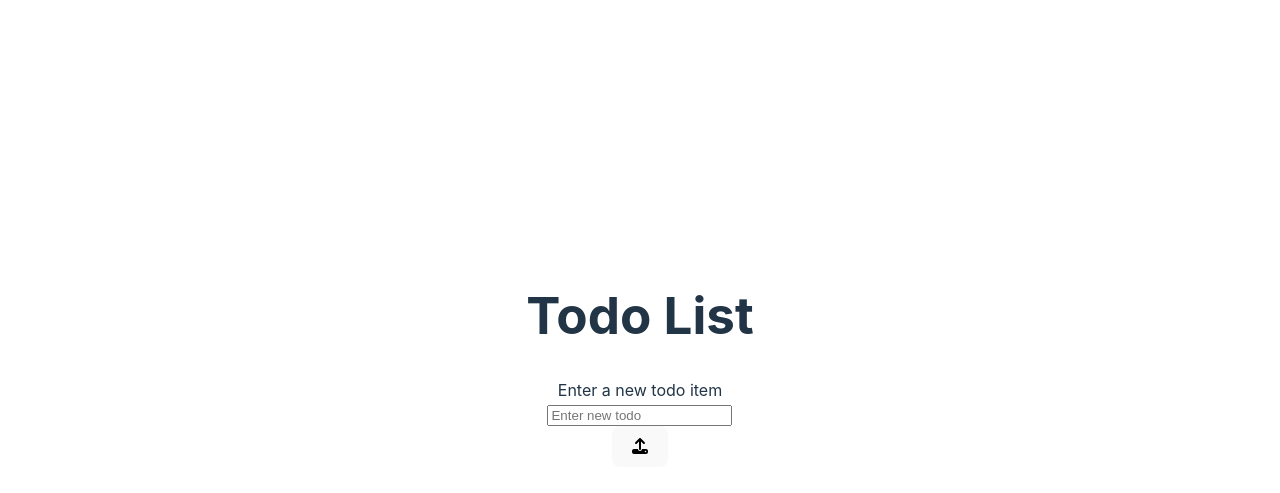
Repository: sinchana-P/rtk-query-todo
Page: /
The author's editor kept a copy of each file at every save. The page is drawn from the files as they stood at one save, then again after the next save.
The browser window is 1280 px wide. The pictures show the whole page.
The project was rebuilt for these pictures with package versions that can differ from the ones it lists, and the page was loaded fresh each time. Requests to the local data server were answered from the project's data file. Also part of the build but not shown: vite.config.js.

Above is the page before, as saved 2023-11-29 07:45:57.

After the next save:
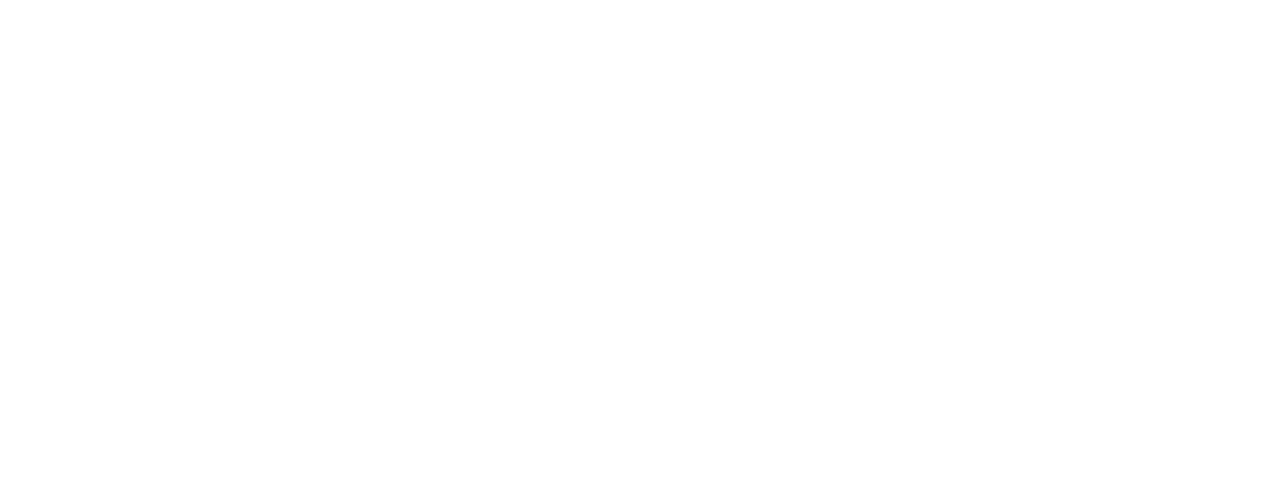
Console error: TypeError: undefined is not a function
Saved 56 s later.
--- a/src/features/todos/TodoList.jsx
+++ b/src/features/todos/TodoList.jsx
@@ -74,7 +74,7 @@
         content = <p>Loading...</p>
     } else if (isSuccess) {
         // content = JSON.stringify(todos)
-        content = todos.map
+        content = todos.map()
     } else if (isError) {
         content = <p>{ error }</p>
     }

After the 2 saves that followed:
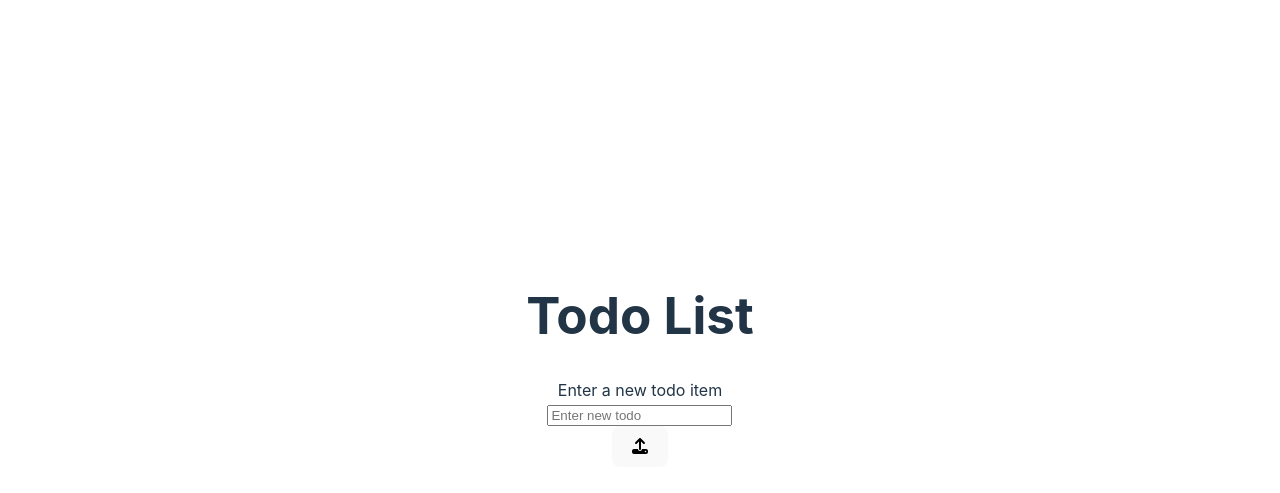
The error is gone.
The 2 saves are shown as one change because they came seconds apart.
The last was saved 5 s later.
--- a/src/features/todos/TodoList.jsx
+++ b/src/features/todos/TodoList.jsx
@@ -74,7 +74,9 @@
         content = <p>Loading...</p>
     } else if (isSuccess) {
         // content = JSON.stringify(todos)
-        content = todos.map()
+        content = todos.map(todo => {
+
+        })
     } else if (isError) {
         content = <p>{ error }</p>
     }
